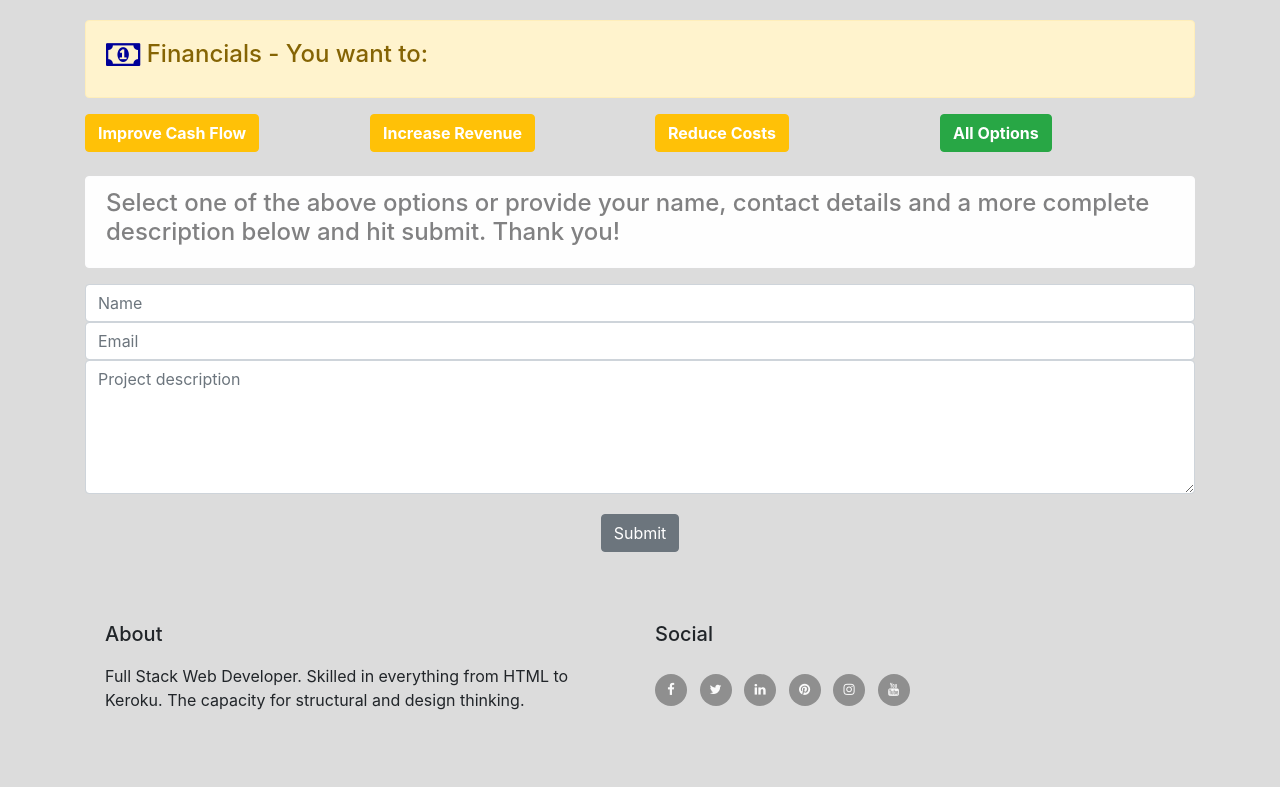
Repository: Code-Institute-Submissions/tenerim-milestone1
Page: Financials.html
The author's editor kept a record of every edit. The page is drawn from the files as they stood at one moment, then again after the next edit.
The browser window is 1280 px wide. The pictures show the whole page.

Above is the page before.

After the next edit:
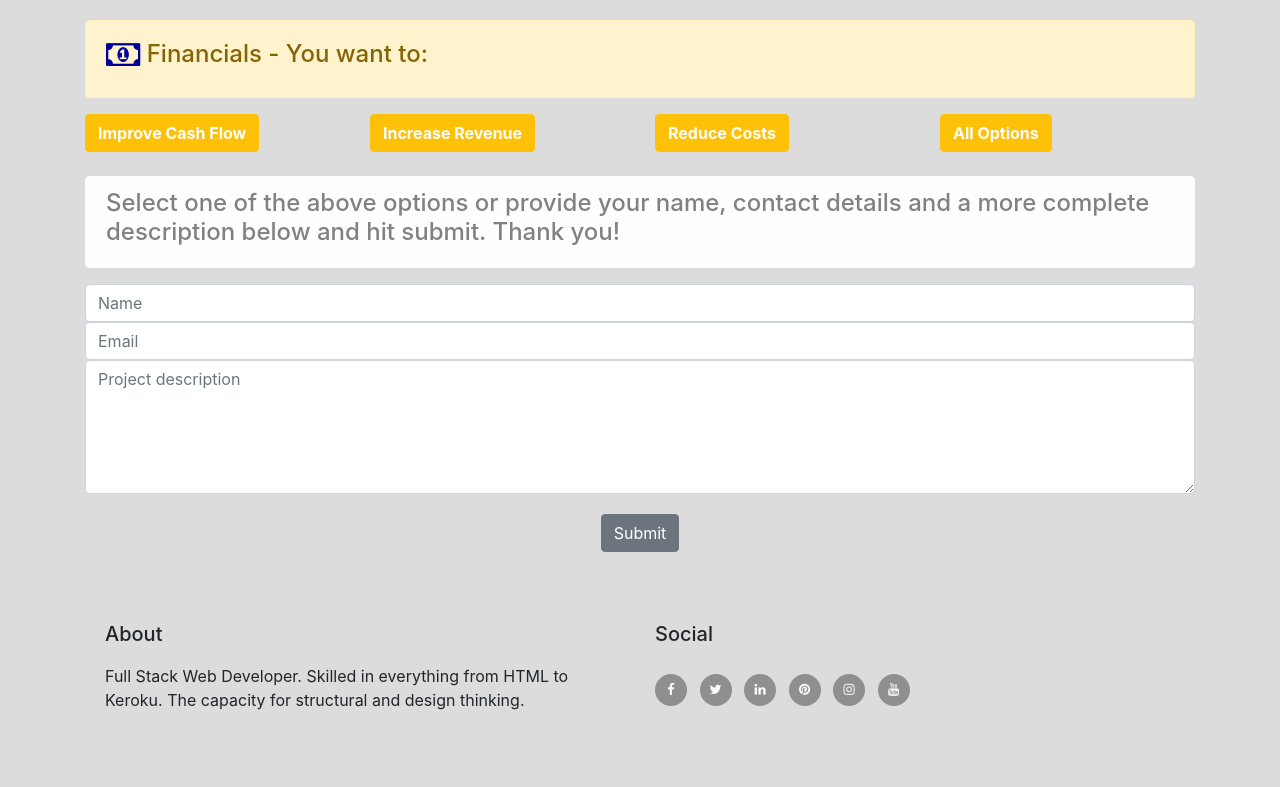
The edit:
--- a/Financials.html
+++ b/Financials.html
@@ -42,7 +42,7 @@
                     <button type="button" class="btn btn-warning"><a href="#" class="alert-link">Reduce Costs</a></button> <br />
                 </div>
                 <div class="col-sm-3">
-                    <button type="button" class="btn btn-success"><a href="#" class="alert-link">All Options</a></button> <br /> <br />
+                    <button type="button" class="btn btn-warning"><a href="#" class="alert-link">All Options</a></button> <br /> <br />
                 </div>
             </div>
 
